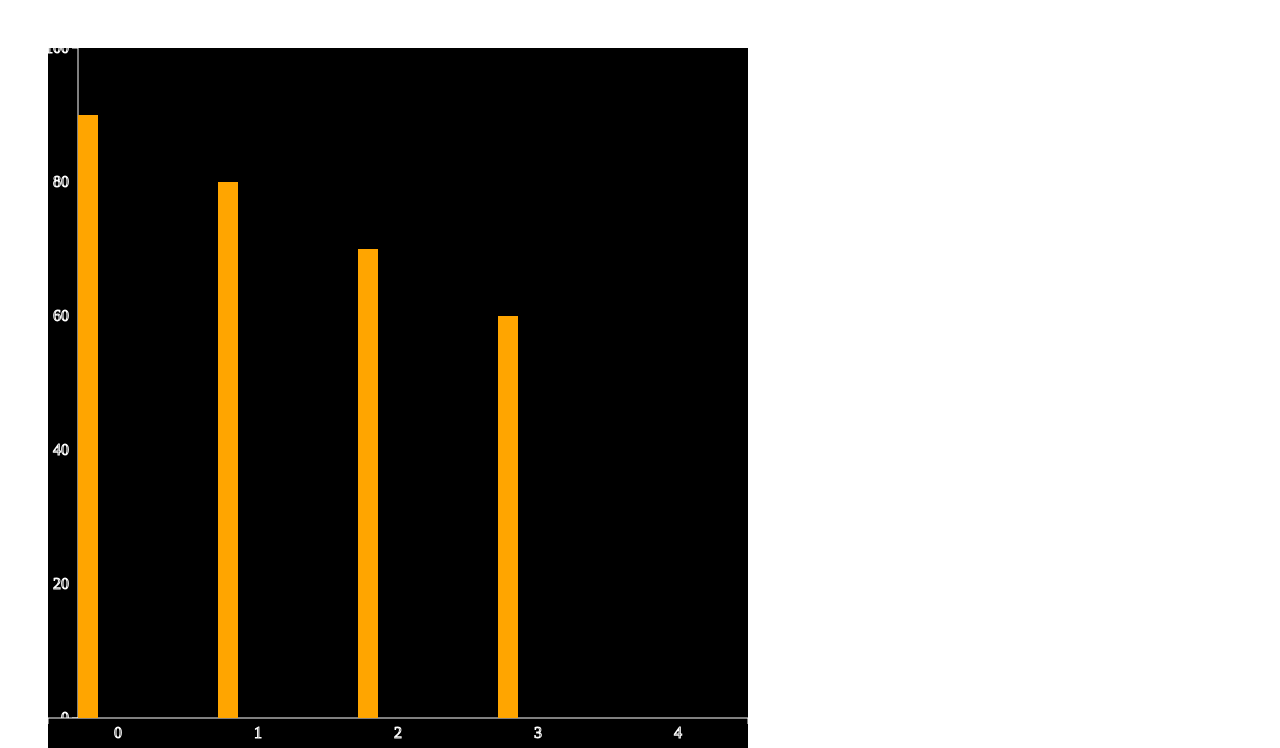
Repository: ajaytech/D3-sample-code
Page: D3 codes/D3Scale.html
The author's editor kept a record of every edit. The page is drawn from the files as they stood at one moment, then again after the next edit.
The browser window is 1280 px wide. The pictures show the whole page.

Above is the page before.

After the next edit:
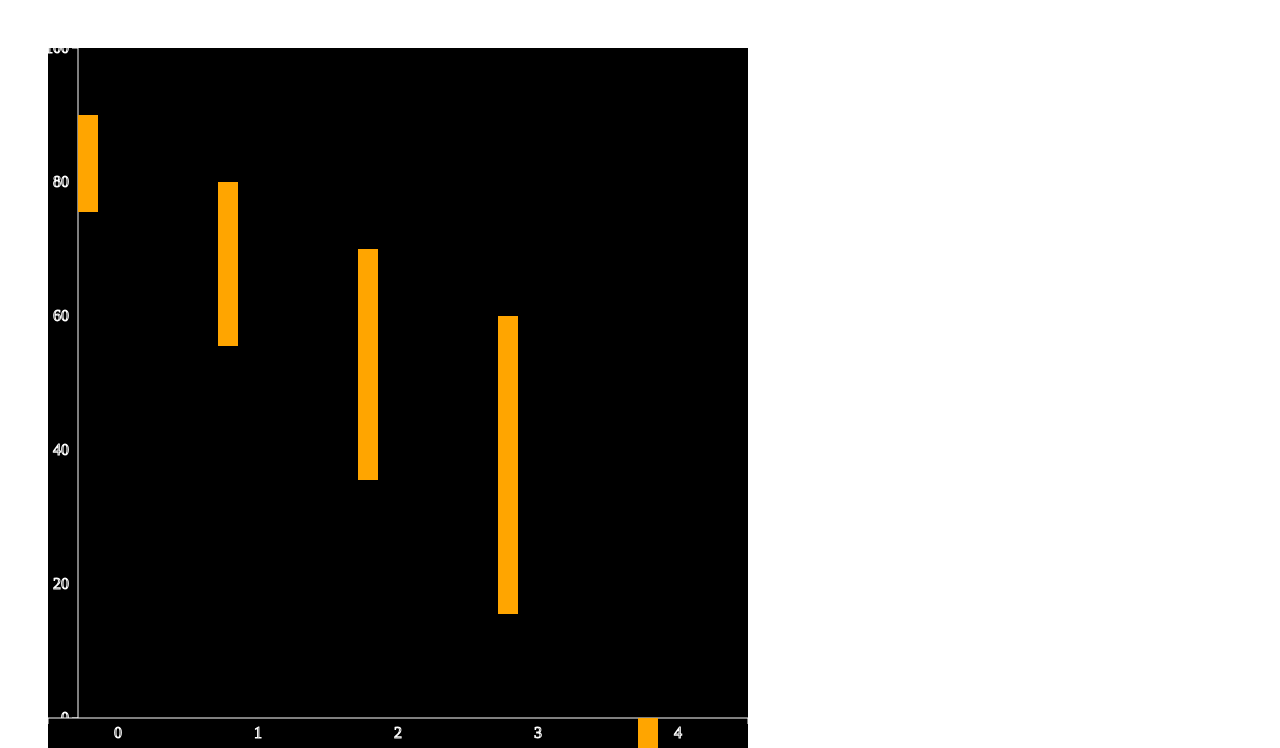
The edit:
--- a/D3 codes/D3Scale.html
+++ b/D3 codes/D3Scale.html
@@ -64,7 +64,7 @@
                 .enter()
                 .append("rect")
                 .attr("height",function(d,i){
-                    return y(d);
+                    return heightSVG-y(d);
                 })
                 .attr("width","20px")
                 .style("fill","orange")
